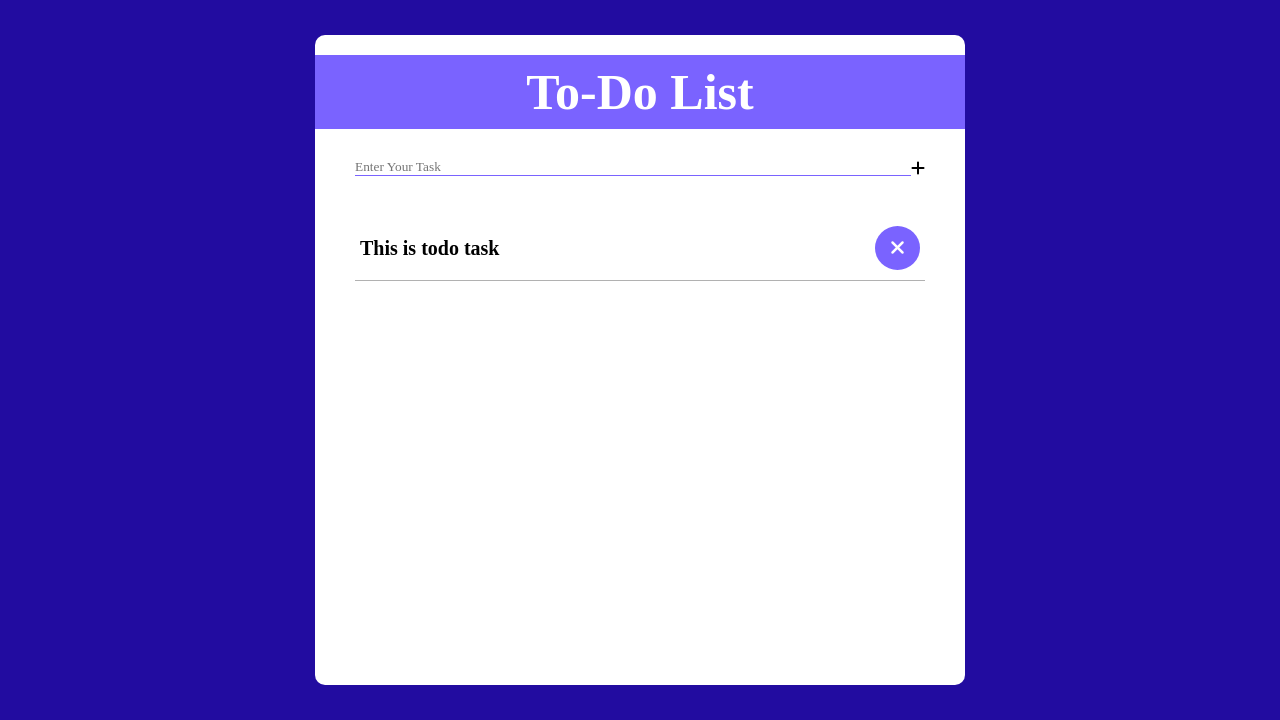
Repository: AliHassan02-Dev/To-Do-App
Page: /
The author's editor kept a copy of each file at every save. The page is drawn from the files as they stood at one save, then again after the next save.
The browser window is 1280 px wide. The pictures show the whole page.
Some web libraries are served in a nearby version. The project was rebuilt for these pictures with package versions that can differ from the ones it lists, and the page was loaded fresh each time. Also part of the build but not shown: vite.config.js.

Above is the page before, as saved 2024-10-28 11:53:04.

After the next save:
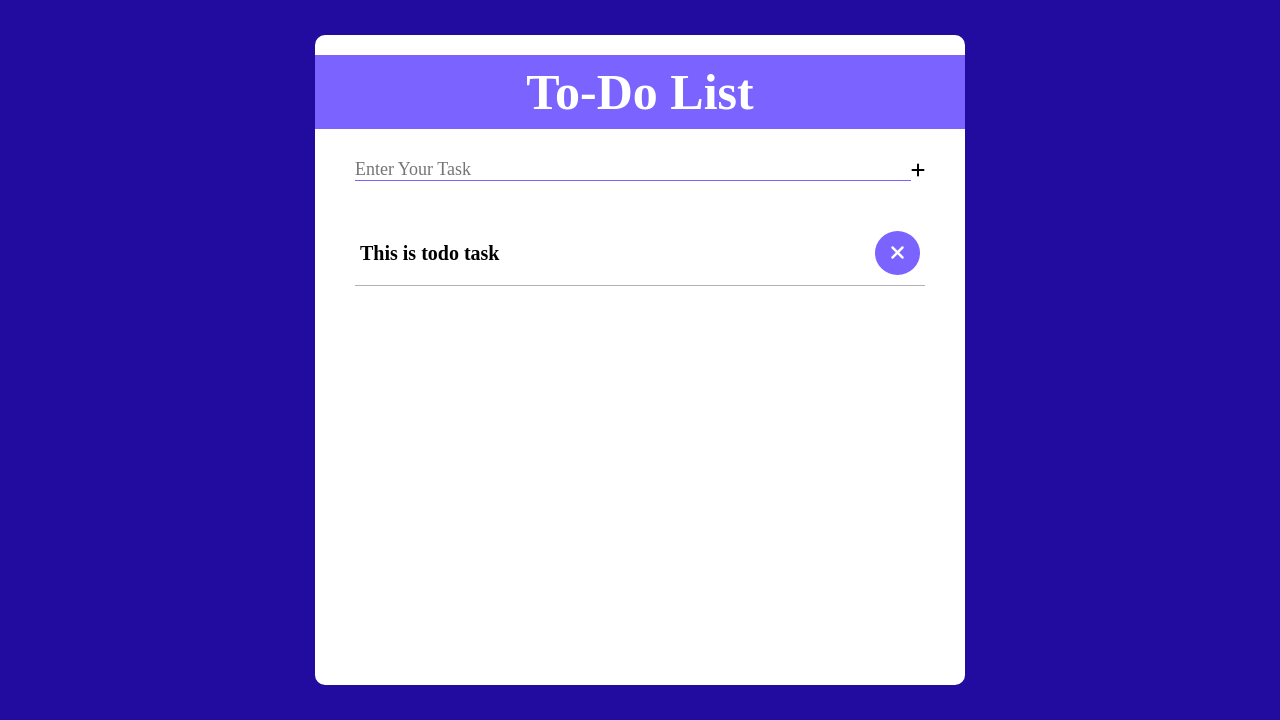
Saved 5 s later.
--- a/src/App.css
+++ b/src/App.css
@@ -50,8 +50,7 @@
   width: 100%;
   border: none;
   border-bottom: 1px solid rgb(122, 99, 255);
-  font-size: 18ox
-  ;
+  font-size: 18px;
 }
 
 .mainWrapper .container .bottomBar {
